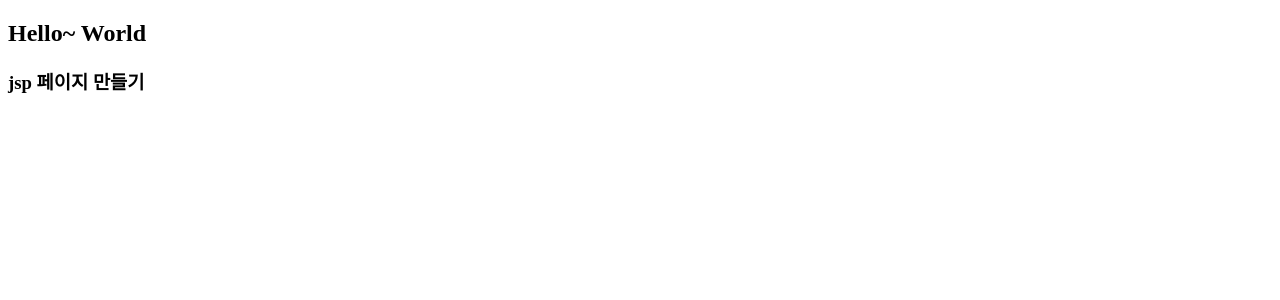
Repository: taiseidesu97/space_jspworks
Page: http://localhost/jweb0/Hello.jsp
These files come from the project's save history. The page is drawn as it stood at one moment and after the next save; the edit follows.
The browser window is 1280 px wide. The pictures show the whole page.
The page is served by Tomcat 10. Other server files are loaded and not shown.

Above is the page before, as saved 2025-10-02 01:14:18.

### jweb0/src/main/webapp/Hello.jsp
<%@ page language="java" contentType="text/html; charset=UTF-8"
    pageEncoding="UTF-8"%>
<!DOCTYPE html>
<html>
<head>
<meta charset="UTF-8">
<title>Hello jsp</title>
</head>
<body>
<h2>Hello~ World</h2>
<h3>jsp 페이지 만들기</h3>
</body>
</html>

After the next save:
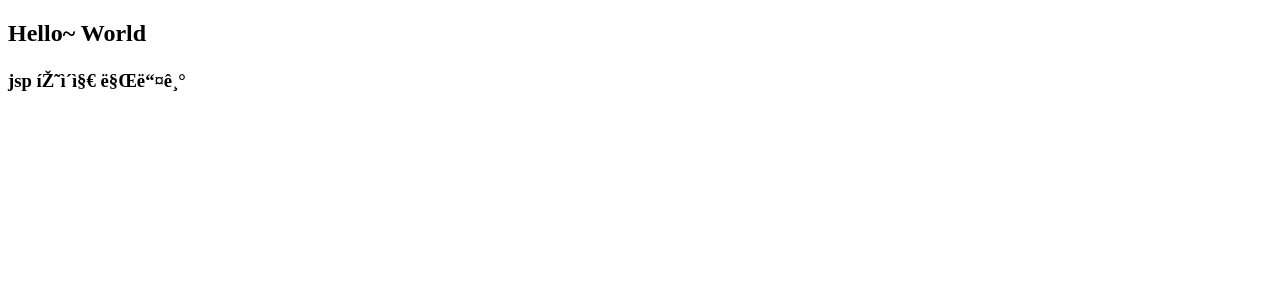
Saved 7 min 14 s later.
--- a/jweb0/src/main/webapp/Hello.jsp
+++ b/jweb0/src/main/webapp/Hello.jsp
@@ -1,5 +1,8 @@
-<%@ page language="java" contentType="text/html; charset=UTF-8"
-    pageEncoding="UTF-8"%>
+<!-- 지시어 (디렉티브 태그): 언어, 문서유형, 인코딩등의 정보를 서버에 알려줌 -->
+
+
+<%-- <%@ page language="java" contentType="text/html; charset=UTF-8"
+    pageEncoding="UTF-8"%>--%>
 <!DOCTYPE html>
 <html>
 <head>

After the save that followed:
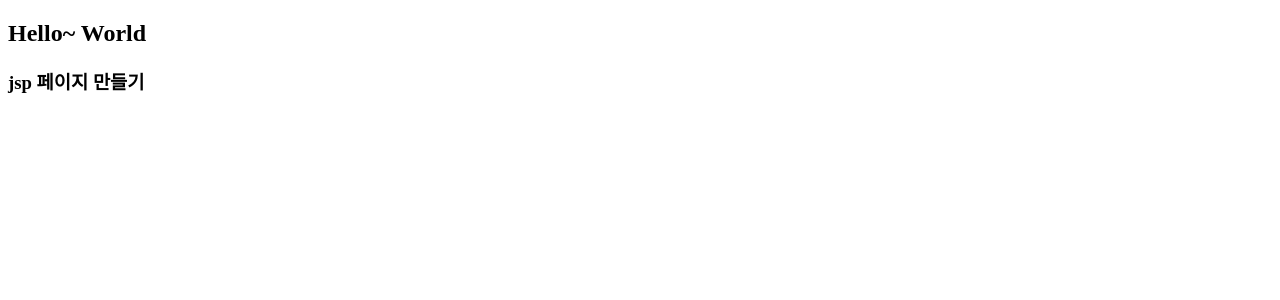
Saved 92 s later.
--- a/jweb0/src/main/webapp/Hello.jsp
+++ b/jweb0/src/main/webapp/Hello.jsp
@@ -1,8 +1,8 @@
 <!-- 지시어 (디렉티브 태그): 언어, 문서유형, 인코딩등의 정보를 서버에 알려줌 -->
 
 
-<%-- <%@ page language="java" contentType="text/html; charset=UTF-8"
-    pageEncoding="UTF-8"%>--%>
+ <%@ page language="java" contentType="text/html; charset=UTF-8"
+    pageEncoding="UTF-8"%>
 <!DOCTYPE html>
 <html>
 <head>
